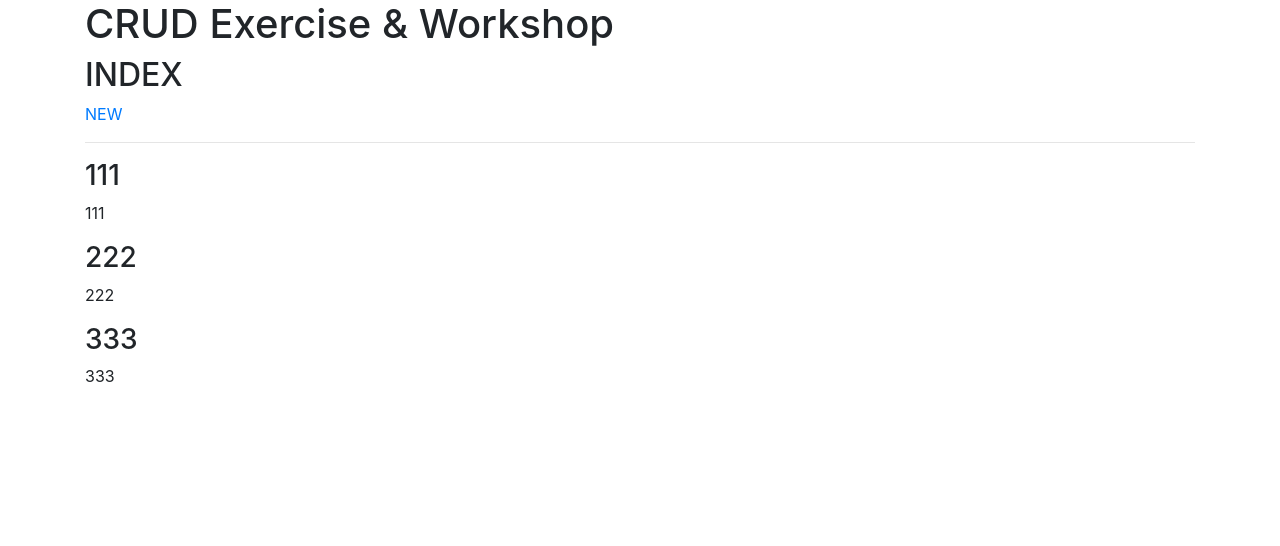
Repository: ansigyeong/lectures-Django
Page: http://localhost/articles/
The author's editor kept a record of every edit. The page is drawn from the files as they stood at one moment, then again after the next edit.
The browser window is 1280 px wide. The pictures show the whole page.
The page is served by the project's application, run on Django 2.2 (practice/0406/exercise/crud/manage.py). Other server files are loaded and not shown. The page reads the database file committed with the project.

Above is the page before.

### practice/0406/exercise/crud/articles/views.py
from django.shortcuts import render, redirect, get_object_or_404
from .models import Article

# Create your views here.
def index(request):
    articles = Article.objects.all()
    context = {
        'articles': articles
    }
    return render(request, 'articles/index.html', context)

def new(request):
    return render(request, 'articles/new.html')

def create(request):
    article = Article()
    # request -> 요청에 대한 meta data
    # print(request)
    # print(dir(request))
    # print(request.GET)
    # print(request.POST)
    article.title = request.POST.get('title')
    article.content = request.POST.get('content')
    article.save()
    return redirect('articles:detail', article.pk) # f'/articles/{article.pk}/'

def detail(request, article_pk):
    # article = Article.objects.get(pk=article_pk)
    article = get_object_or_404(Article, pk=article_pk)
    context = {
        'article': article,
    }
    return render(request, 'articles/detail.html', context)

def delete(request, article_pk):
    # article = Article.objects.get(pk=article_pk)
    article = get_object_or_404(Article, pk=article_pk)
    article.delete()
    return redirect('articles:index') #'/articles/'

def edit(request, article_pk):
    # article = Article.objects.get(pk=article_pk)
    article = get_object_or_404(Article, pk=article_pk)
    context = {
        'article': article,
    }
    return render(request, 'articles/edit.html', context)

def update(request, article_pk):
    # article = Article.objects.get(pk=article_pk)
    article = get_object_or_404(Article, pk=article_pk)
    article.title = request.POST.get('title')
    article.content = request.POST.get('content')
    article.save()
    return redirect('articles:detail', article.pk) # f'/articles/{article.pk}/'
	# return redirect(f'/articles/{article_pk}/')도 가능함

### practice/0406/exercise/crud/articles/templates/articles/index.html
{% extends 'base.html' %}

{% block content %}
    <h2>INDEX</h2>
    <a href="/articles/new/">NEW</a>
    <hr>
    {% for article in articles %}

        <h3>{{ article.title }}</h3>
        <p>{{ article.content }}</p>
    {% endfor %}
{% endblock %}

### practice/0406/exercise/crud/templates/base.html
<!DOCTYPE html>
<html lang="ko">
<head>
    <meta charset="UTF-8">
    <meta name="viewport" content="width=device-width, initial-scale=1.0">
    <meta http-equiv="X-UA-Compatible" content="ie=edge">
    <link rel="stylesheet" href="https://stackpath.bootstrapcdn.com/bootstrap/4.4.1/css/bootstrap.min.css" integrity="sha384-Vkoo8x4CGsO3+Hhxv8T/Q5PaXtkKtu6ug5TOeNV6gBiFeWPGFN9MuhOf23Q9Ifjh" crossorigin="anonymous">
    <title>exericse & workshop</title>
</head>
<body>
    <div class="container">
        <h1>CRUD Exercise & Workshop</h1>
        {% block content %}
        {% endblock %}
    </div>

    <script src="https://code.jquery.com/jquery-3.4.1.slim.min.js" integrity="sha384-J6qa4849blE2+poT4WnyKhv5vZF5SrPo0iEjwBvKU7imGFAV0wwj1yYfoRSJoZ+n" crossorigin="anonymous"></script>
    <script src="https://cdn.jsdelivr.net/npm/popper.js@1.16.0/dist/umd/popper.min.js" integrity="sha384-Q6E9RHvbIyZFJoft+2mJbHaEWldlvI9IOYy5n3zV9zzTtmI3UksdQRVvoxMfooAo" crossorigin="anonymous"></script>
    <script src="https://stackpath.bootstrapcdn.com/bootstrap/4.4.1/js/bootstrap.min.js" integrity="sha384-wfSDF2E50Y2D1uUdj0O3uMBJnjuUD4Ih7YwaYd1iqfktj0Uod8GCExl3Og8ifwB6" crossorigin="anonymous"></script>
</body>
</html>

### practice/0406/exercise/crud/articles/models.py
from django.db import models

# Create your models here.
class Article(models.Model):
    title = models.CharField(max_length=140)
    content = models.TextField()
    created_at = models.DateTimeField(auto_now_add=True)
    updated_at = models.DateTimeField(auto_now=True)

    # articles_article -> app이름_class이름(소문자)

### practice/0406/exercise/crud/crud/urls.py
"""crud URL Configuration

The `urlpatterns` list routes URLs to views. For more information please see:
    https://docs.djangoproject.com/en/2.1/topics/http/urls/
Examples:
Function views
    1. Add an import:  from my_app import views
    2. Add a URL to urlpatterns:  path('', views.home, name='home')
Class-based views
    1. Add an import:  from other_app.views import Home
    2. Add a URL to urlpatterns:  path('', Home.as_view(), name='home')
Including another URLconf
    1. Import the include() function: from django.urls import include, path
    2. Add a URL to urlpatterns:  path('blog/', include('blog.urls'))
"""
from django.contrib import admin
from django.urls import path, include

urlpatterns = [
    path('admin/', admin.site.urls),
    path('articles/', include('articles.urls')),
]

### practice/0406/exercise/crud/articles/urls.py
from django.urls import path
from . import views

app_name = 'articles'

urlpatterns = [
    path('', views.index, name='index'),
    path('new/', views.new, name='new'),
    path('create/', views.create, name='create'),
    path('<int:article_pk>/', views.detail, name='detail'),
    path('<int:article_pk>/delete/', views.delete, name='delete'),
    path('<int:article_pk>/edit/', views.edit, name='edit'),
    path('<int:article_pk>/update/', views.update, name='update'),
]

### practice/0406/exercise/crud/db.sqlite3 (the tables this page reads, as SQL)
CREATE TABLE "articles_article" ("id" integer NOT NULL PRIMARY KEY AUTOINCREMENT, "title" varchar(140) NOT NULL, "content" text NOT NULL, "created_at" datetime NOT NULL, "updated_at" datetime NOT NULL);
INSERT INTO "articles_article" VALUES
(3, '111', '111', '2020-04-06 08:04:42.948095', '2020-04-06 08:04:42.948134'),
(4, '222', '222', '2020-04-06 08:04:57.949525', '2020-04-06 08:04:57.949559'),
(5, '333', '333', '2020-04-06 08:05:12.200468', '2020-04-06 08:05:12.200503');

After the next edit:
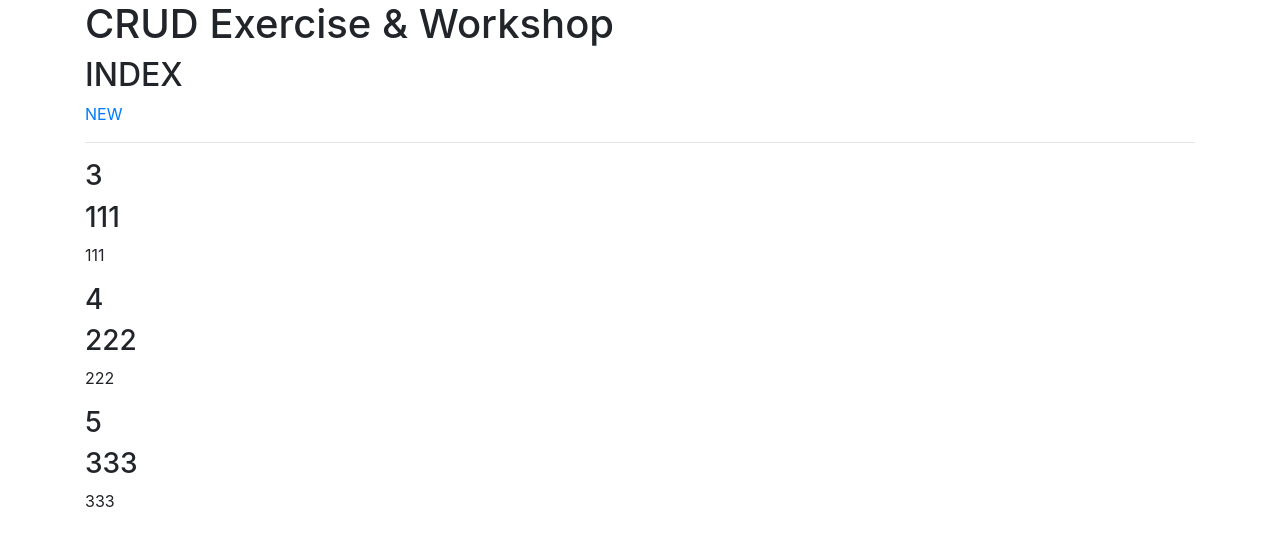
The edit:
--- a/practice/0406/exercise/crud/articles/templates/articles/index.html
+++ b/practice/0406/exercise/crud/articles/templates/articles/index.html
@@ -5,7 +5,7 @@
     <a href="/articles/new/">NEW</a>
     <hr>
     {% for article in articles %}
-
+        <h3>{{ article.pk }}</h3>
         <h3>{{ article.title }}</h3>
         <p>{{ article.content }}</p>
     {% endfor %}
